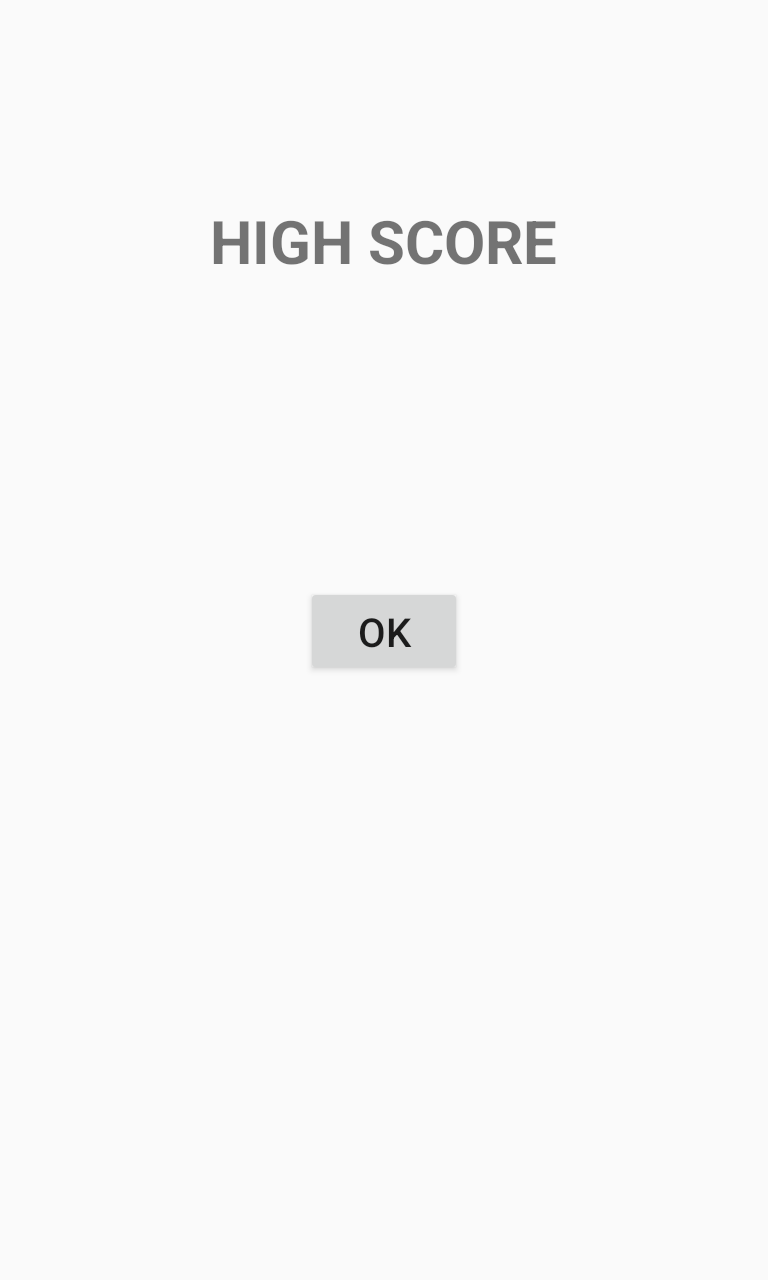
Repository: JoanneCaroll/Mathbomb
Layout: MathBomb/res/layout/activity_highscore.xml
These files come from the project's save history. The layout is drawn as it stood at one moment and after the next save; the edit follows.
It is drawn on a 768 x 1280 px phone screen (xhdpi) without system bars, with theme AppTheme; the app's code is not run.

Above is the layout before, as saved 2014-11-13 04:27:33.

### MathBomb/res/layout/activity_highscore.xml
<?xml version="1.0" encoding="utf-8"?>
<LinearLayout
    xmlns:android="http://schemas.android.com/apk/res/android"
    android:layout_width="match_parent"
    android:layout_height="match_parent"
    android:orientation="vertical" >

    <TextView
        android:paddingTop="100dp"
        android:paddingBottom="30dp"
        android:layout_gravity="center"
        android:id="@+id/highscoreshow"
        android:layout_width="wrap_content"
        android:layout_height="wrap_content"
        android:textSize="30dp"
        android:textStyle="bold"
        android:text="@string/highscoretitle" />

    <TextView
        android:layout_gravity="center"
        android:id="@+id/easy"
            android:layout_width="wrap_content"
            android:layout_height="wrap_content"
            android:textSize="20dp"
            android:textStyle="bold"
            android:paddingBottom="10dp"/>

    <LinearLayout
        android:layout_width="match_parent"
        android:layout_height="wrap_content"
        android:orientation="horizontal"
        android:gravity="center"
        android:paddingBottom="10dp" >

        <TextView
            android:id="@+id/score"
            android:layout_width="wrap_content"
            android:layout_height="wrap_content"
            android:textSize="20dp"
            android:paddingRight="50dp" />
        <TextView
            android:id="@+id/date"
            android:layout_width="wrap_content"
            android:layout_height="wrap_content"
            android:textSize="20dp"
            android:padding="5dp" />

   </LinearLayout>

   <TextView
        android:layout_gravity="center"
        android:id="@+id/normal"
            android:layout_width="wrap_content"
            android:layout_height="wrap_content"
            android:textSize="20dp"
            android:textStyle="bold"
            android:paddingBottom="10dp"/>

   <Button
        android:layout_gravity="center"
       	android:id="@+id/ok_highscore"
        android:layout_width="80dp"
        android:layout_height="wrap_content"
        android:textSize="20dp"
        android:text="@string/ok"
        android:padding="10dp" />

</LinearLayout>

### MathBomb/res/values/strings.xml
<?xml version="1.0" encoding="utf-8"?>
<resources>

    <string name="app_name">MathBomb</string>
    <string name="action_settings">Settings</string>
    <string name="score">Score: </string>
    <string name="timeleft">Time Left: </string>
    <string name="highscore">High Score: </string>
    <string name="highscoretitle">HIGH SCORE</string>
    <string name="ok">Ok</string>
	<string name="setRange">Choose Range of Numbers: </string>

	<string name="menuplay">Play!</string>
	<string name="menuhighscore">High Score</string>
	<string name="menuhowtoplay">How to Play</string>
	<string name="menusettings">Settings</string>
	<string name="menuexit">Exit</string>

</resources>

Loaded but not shown: MathBomb/res/values/styles.xml (common file); MathBomb/res/values-v11/styles.xml (common file); MathBomb/res/values-v14/styles.xml (common file)

After the next save:
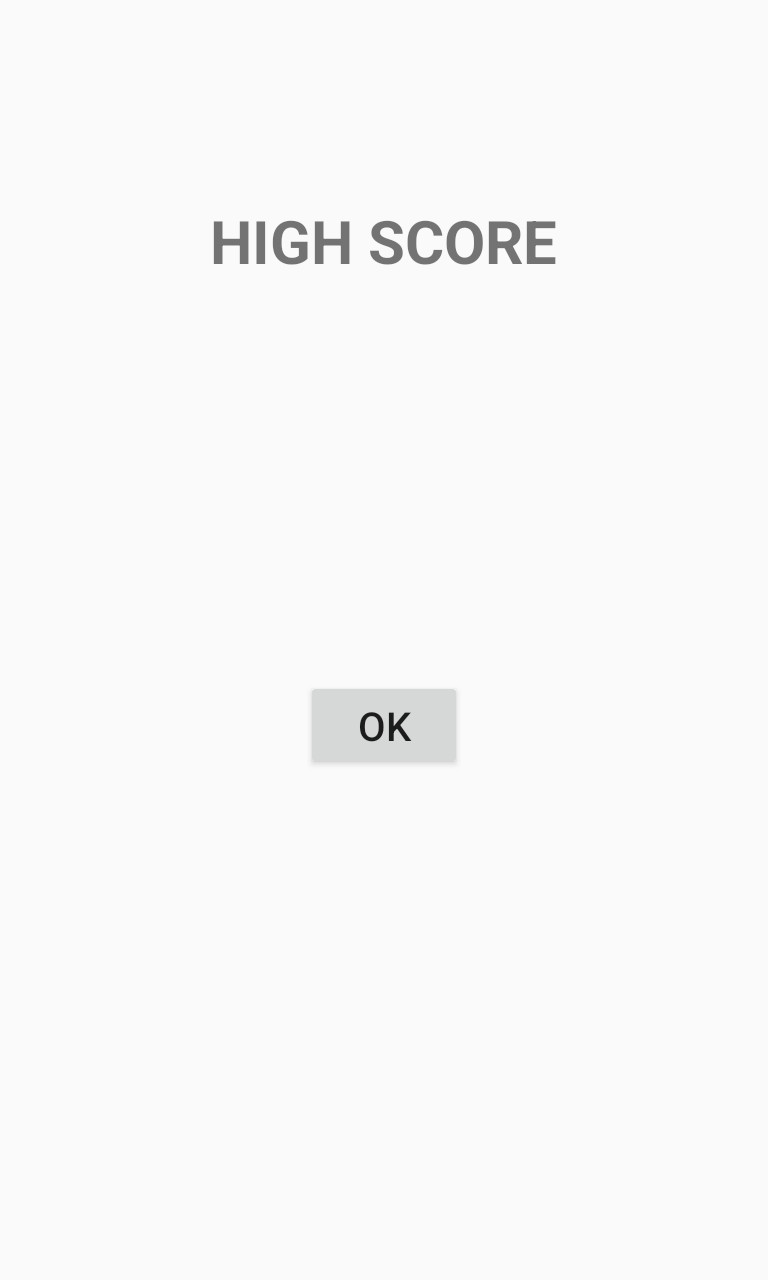
Saved 63 s later.
--- a/MathBomb/res/layout/activity_highscore.xml
+++ b/MathBomb/res/layout/activity_highscore.xml
@@ -55,6 +55,27 @@
             android:textSize="20dp"
             android:textStyle="bold"
             android:paddingBottom="10dp"/>
+    <LinearLayout
+        android:layout_width="match_parent"
+        android:layout_height="wrap_content"
+        android:orientation="horizontal"
+        android:gravity="center"
+        android:paddingBottom="10dp" >
+
+        <TextView
+            android:id="@+id/normalscore"
+            android:layout_width="wrap_content"
+            android:layout_height="wrap_content"
+            android:textSize="20dp"
+            android:paddingRight="50dp" />
+        <TextView
+            android:id="@+id/normaldate"
+            android:layout_width="wrap_content"
+            android:layout_height="wrap_content"
+            android:textSize="20dp"
+            android:padding="5dp" />
+
+   </LinearLayout>
 
    <Button
         android:layout_gravity="center"
